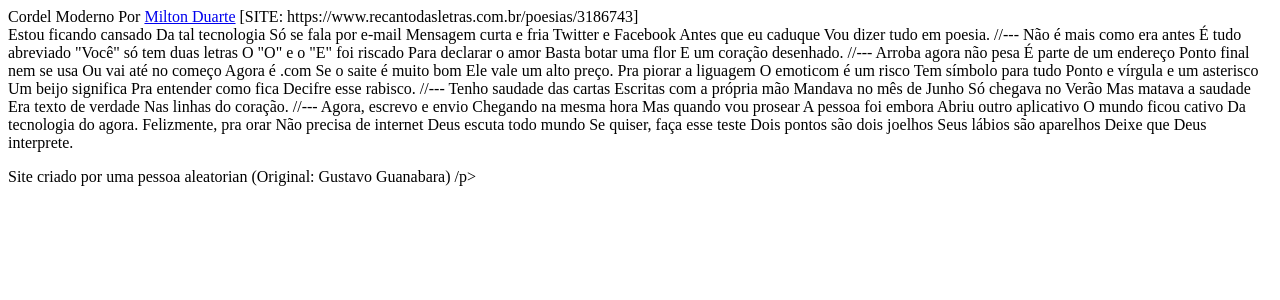
Repository: Codigo404q/html-css
Page: AHAHAHAHAHAHAHHHHHHHHHAHAHAHAHAHAHHAHAH/d012/index.html
The author's editor kept a copy of each file at every save. The page is drawn from the files as they stood at one save, then again after the next save.
The browser window is 1280 px wide. The pictures show the whole page.

Above is the page before, as saved 2024-01-07 22:21:49.

### AHAHAHAHAHAHAHHHHHHHHHAHAHAHAHAHAHHAHAH/d012/index.html
<!DOCTYPE html>
<html lang="pt-br">
<head>
    <meta charset="UTF-8">
    <meta name="viewport" content="width=device-width, initial-scale=1.0">
    <title>Codel moderno</title>
</head>
<body>
        <header>
            Cordel Moderno
            Por <a href="https://www.recantodasletras.com.br/poesias/3186743">Milton Duarte</a>
            [SITE: https://www.recantodasletras.com.br/poesias/3186743]
        </header>

    Estou ficando cansado
    Da tal tecnologia
    Só se fala por e-mail
    Mensagem curta e fria
    Twitter e Facebook
    Antes que eu caduque
    Vou dizer tudo em poesia.

    //---

    Não é mais como era antes
    É tudo abreviado
    "Você" só tem duas letras
    O "O" e o "E" foi riscado
    Para declarar o amor
    Basta botar uma flor
    E um coração desenhado.

    //---

    Arroba agora não pesa
    É parte de um endereço
    Ponto final nem se usa
    Ou vai até no começo
    Agora é .com
    Se o saite é muito bom
    Ele vale um alto preço.

    Pra piorar a liguagem
    O emoticom é um risco
    Tem símbolo para tudo
    Ponto e vírgula e um asterisco
    Um beijo significa
    Pra entender como fica
    Decifre esse rabisco.

    //---

    Tenho saudade das cartas
    Escritas com a própria mão
    Mandava no mês de Junho
    Só chegava no Verão
    Mas matava a saudade
    Era texto de verdade
    Nas linhas do coração.

    //---

    Agora, escrevo e envio
    Chegando na mesma hora
    Mas quando vou prosear
    A pessoa foi embora
    Abriu outro aplicativo
    O mundo ficou cativo
    Da tecnologia do agora.

    Felizmente, pra orar
    Não precisa de internet
    Deus escuta todo mundo
    Se quiser, faça esse teste
    Dois pontos são dois joelhos
    Seus lábios são aparelhos
    Deixe que Deus interprete.

    <footer>
        <p>Site criado por uma pessoa aleatorian (Original: Gustavo Guanabara) /p>
    </footer>
</body>
</html>

After the next save:
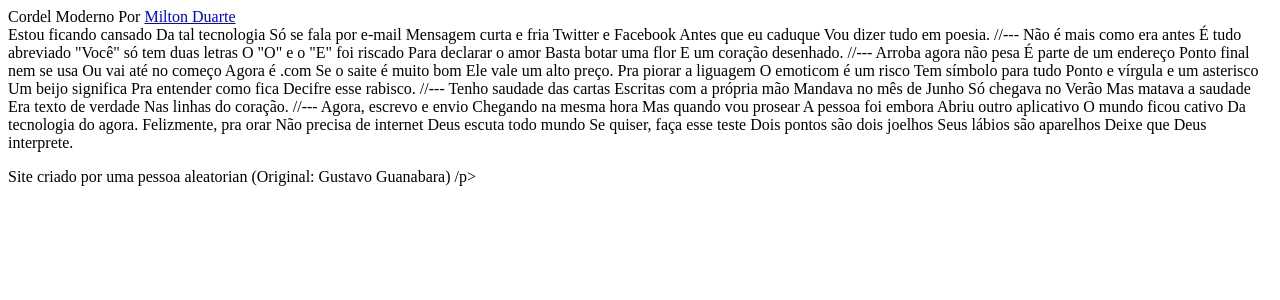
Saved 15 s later.
--- a/AHAHAHAHAHAHAHHHHHHHHHAHAHAHAHAHAHHAHAH/d012/index.html
+++ b/AHAHAHAHAHAHAHHHHHHHHHAHAHAHAHAHAHHAHAH/d012/index.html
@@ -9,7 +9,7 @@
         <header>
             Cordel Moderno
             Por <a href="https://www.recantodasletras.com.br/poesias/3186743">Milton Duarte</a>
-            [SITE: https://www.recantodasletras.com.br/poesias/3186743]
+
         </header>
 
     Estou ficando cansado
